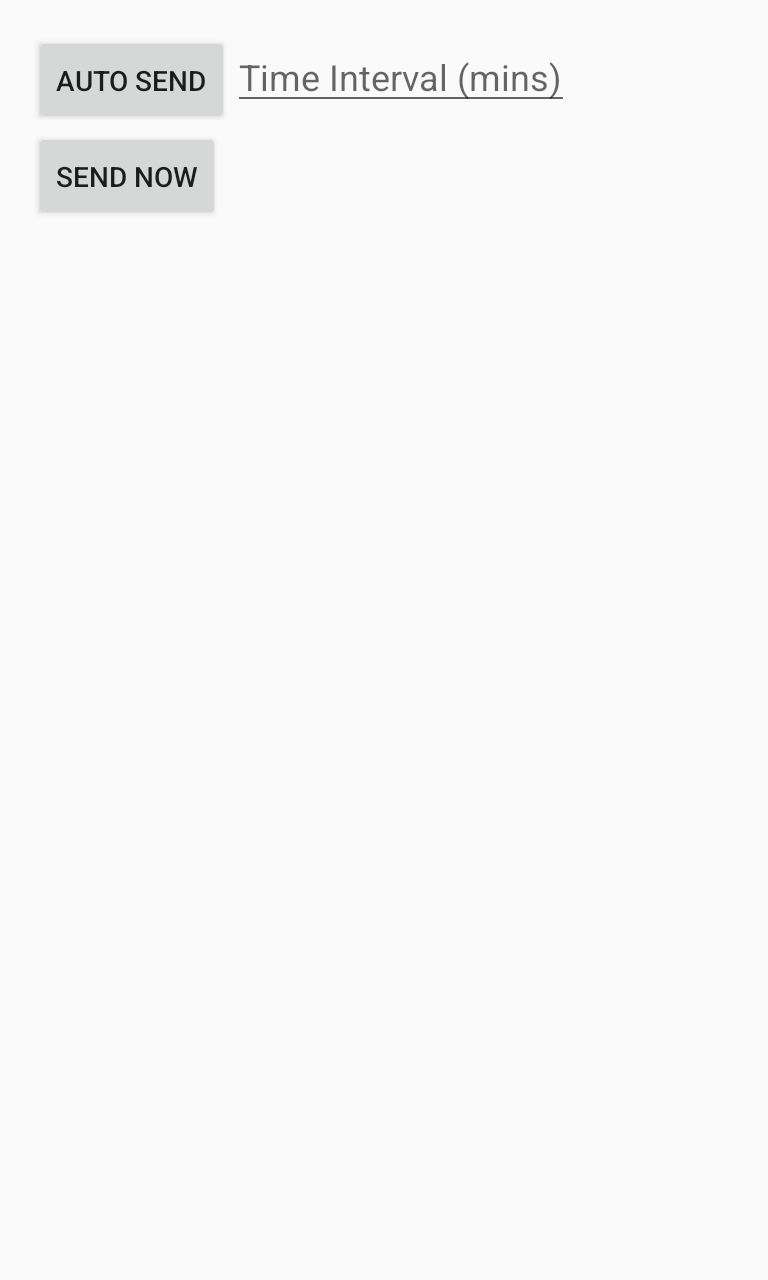
Repository: haidark/rahat
Layout: android/Rahat/res/layout/fragment_main.xml
An editor plug-in stored every save of this project. The layout is shown before and after the next save, followed by the edit.
It is drawn on a 768 x 1280 px phone screen (xhdpi) without system bars, with theme AppTheme; the app's code is not run.

Above is the layout before, as saved 2014-05-01 23:33:40.

After the next save:
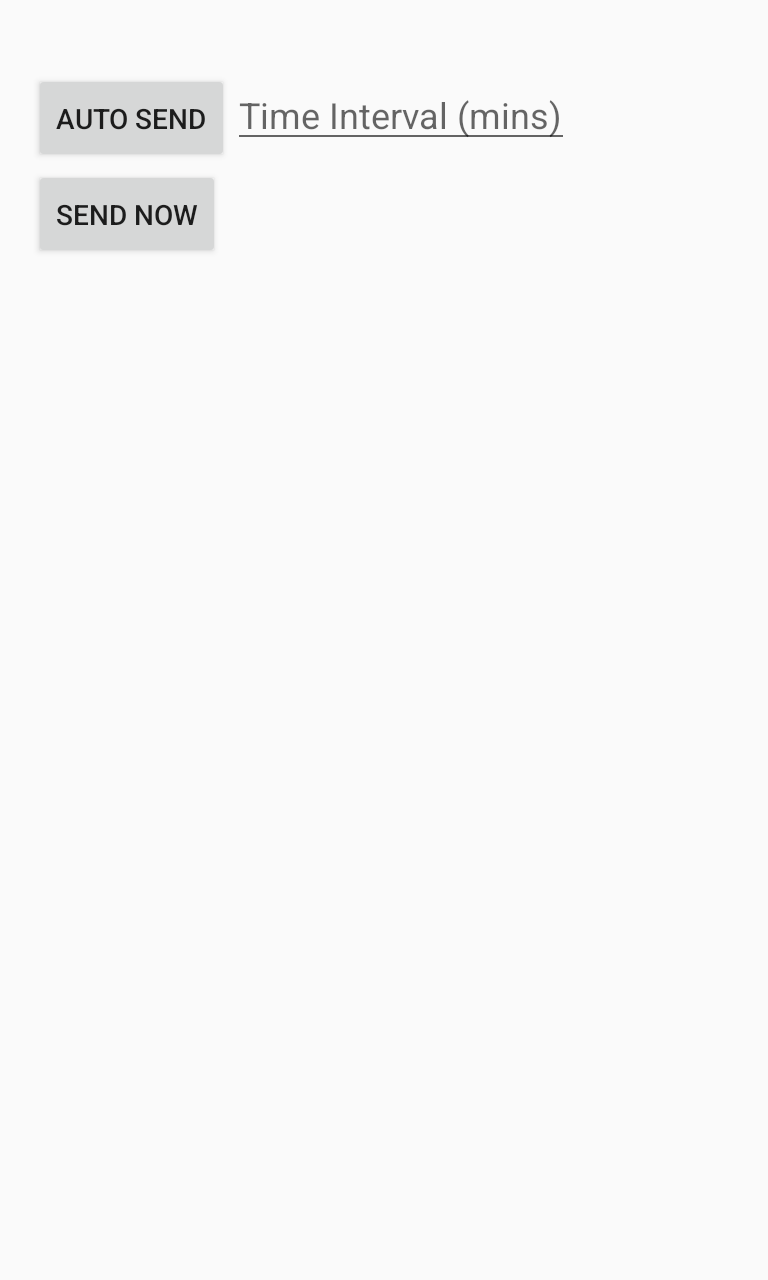
Saved 59 s later.
--- a/android/Rahat/res/layout/fragment_main.xml
+++ b/android/Rahat/res/layout/fragment_main.xml
@@ -8,6 +8,11 @@
     android:paddingTop="@dimen/activity_vertical_margin"
     tools:context="com.example.rahat.MainActivity$PlaceholderFragment"
 	android:orientation="vertical" >
+    <TextView android:id="@+id/text_top"
+	          android:layout_width="wrap_content"
+	          android:layout_height="wrap_content"
+	          android:text="@string/text_info" />
+
     <LinearLayout android:layout_width="wrap_content"
     			  android:layout_height="wrap_content"
     			  android:orientation="horizontal">
